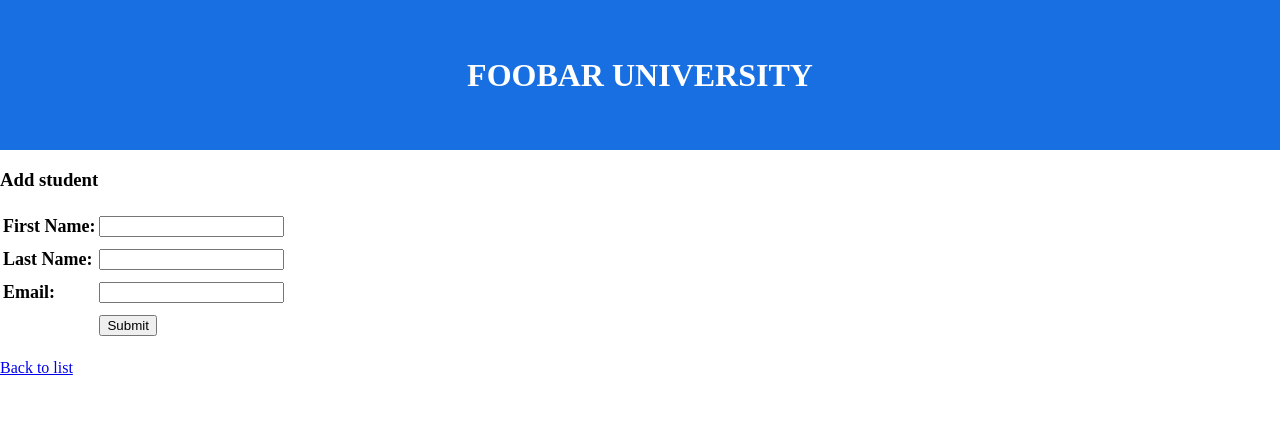
Repository: theslayer2964/Ahihihaha
Page: http://localhost/web_student_tracker/add-student-form.jsp
These files come from the project's save history. The page is drawn as it stood at one moment and after the next save; the edit follows.
The browser window is 1280 px wide. The pictures show the whole page.
The page is served by Tomcat 9. Other server files are loaded and not shown.

Above is the page before, as saved 2022-03-05 08:15:14.

### web_student_tracker/src/main/webapp/add-student-form.jsp
<%@ page language="java" contentType="text/html; charset=ISO-8859-1"
    pageEncoding="ISO-8859-1"%>
<!DOCTYPE html>
<html>
<head>
<meta charset="ISO-8859-1">
<title>Insert title here</title>
<link type="text/css" rel="stylesheet" href="css/style.css">
<style type="text/css">
	label{
	font-weight: bold;
	font-size: 18px;
	}
</style>
</head>
<body>
	<div id="wrapper">
        <div id="header">
            <h2 style="margin-top: 0px">FOOBAR UNIVERSITY</h2>
        </div>
    </div>
    <div id="container">
        <h3>Add student</h3>
        <form action="StudentControllerServlet" method="get">
            <input type="hidden" name="command" value="ADD">
            <table>
                <tbody>
                    <tr>
                        <td><label for="firstName">First Name:</label></td>
                        <td><input type="text" name="firstName"></td>
                    </tr>
                    <tr>
                        <td><label for="lastName">Last Name:</label></td>
                        <td><input type="text" name="lastName"></td>
                    </tr>
                    <tr>
                        <td><label>Email:</label></td>
                        <td><input type="text" name="email"></td>
                    </tr>
                    <tr>
                        <td><label for=""></label></td>
                        <td><input type="submit" name="Save" class="save"></td>
                    </tr>
                </tbody>
            </table>
        </form>
        <div style="clear: both;"></div>
        <p>
            <a href="StudentControllerServlet">Back to list</a>
        </p>
    </div>

</body>
</html>

### web_student_tracker/src/main/webapp/css/style.css
body {
	margin: 0px 0px 0px 0px;
	padding: 0px 0px 0px 0px;
}

#wrapper {
	background-color: rgb(24, 111, 226);
	height: 150px;
	width: 100%;
}

.container {
	padding: 10px 10px 10px 10px;
}

h2 {
	color: white;
	line-height: 150px;
	font-size: 32px;
	text-align: center;
}

.add-student-button {
	font-size: 24px;
	width: 250px;
	height: 50px;
	font-weight: bold;
	color: rgb(24, 111, 226);
	border-radius: 5px 5px 5px 5px;
	margin-top: 20px;
	margin-bottom: 20px;
}

.table {
	border: 1px solid black;
	height: 50px;
	width: 50%;
}

td {
	padding-top: 5px;
	padding-bottom: 5px;
}

td a {
	border: 1px solid yellow;
	color: white;
	background-color: rgb(73, 131, 207);
	padding-top: 3px;
	padding-bottom: 3px;
	padding-left: 7px;
	padding-right: 7px;
	border-radius: 5px;
	text-decoration: none;
}

After the next save:
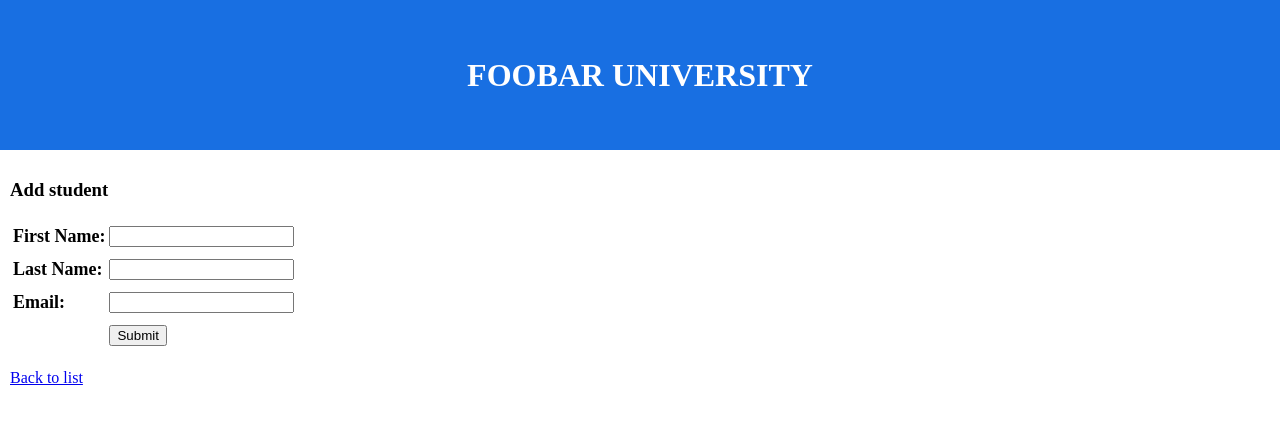
Saved 87 s later.
--- a/web_student_tracker/src/main/webapp/add-student-form.jsp
+++ b/web_student_tracker/src/main/webapp/add-student-form.jsp
@@ -19,7 +19,7 @@
             <h2 style="margin-top: 0px">FOOBAR UNIVERSITY</h2>
         </div>
     </div>
-    <div id="container">
+    <div class="container">
         <h3>Add student</h3>
         <form action="StudentControllerServlet" method="get">
             <input type="hidden" name="command" value="ADD">
